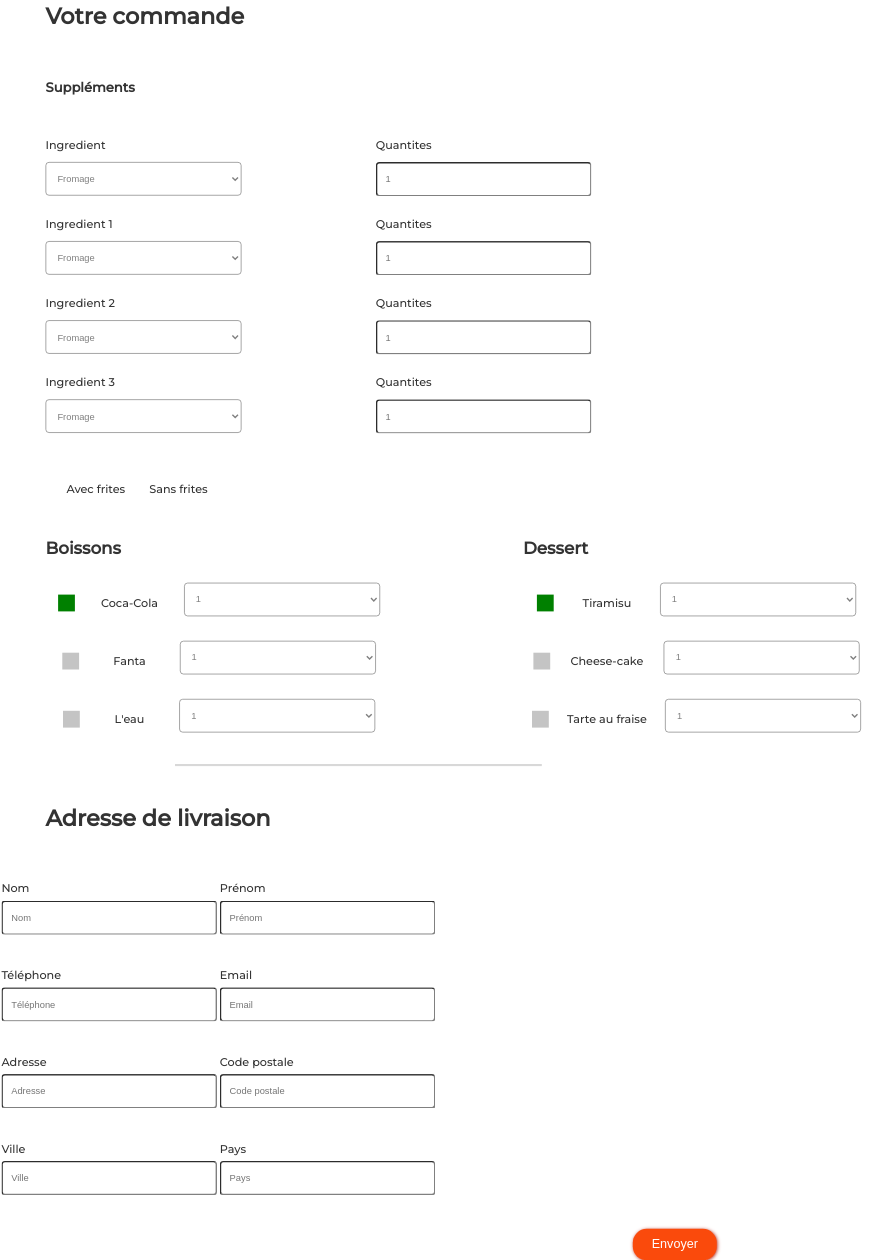
Repository: Ahlam-belhadj/bella-olange
Page: index2.html
The author's editor kept a copy of each file at every save. The page is drawn from the files as they stood at one save, then again after the next save.
The browser window is 1024 px wide. The page is 1243 px wide, so the pictures cover 1243 px, including what lies to the right of the window. The pictures show the part of the page from y = 1279 to 3199 px (the page is 3079 px tall before and 3199 px after), at 70% of full size.

Above is the page before, as saved 2023-02-13 18:29:35.

After the next save:
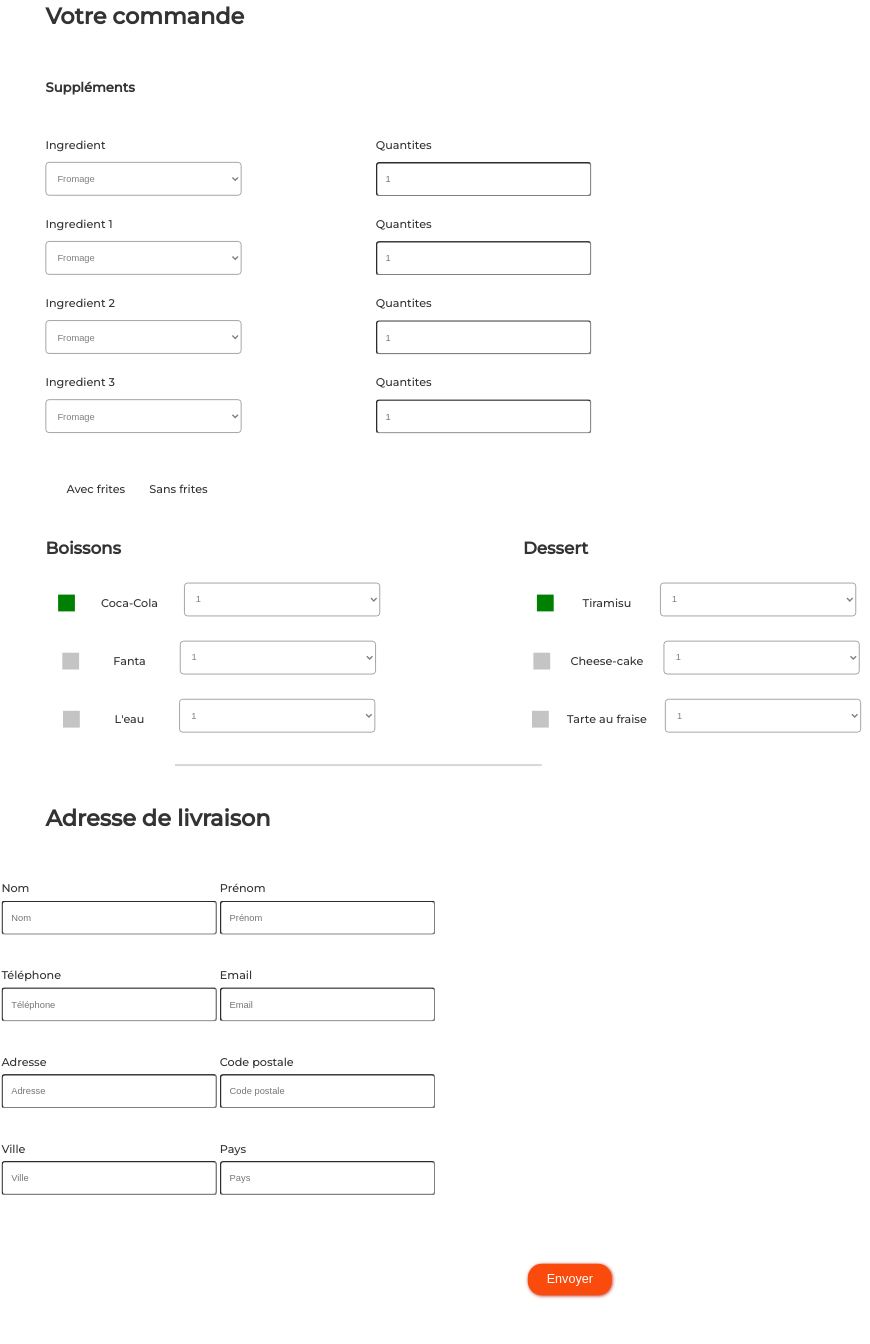
Saved 86 s later.
--- a/style2.css
+++ b/style2.css
@@ -478,63 +478,7 @@ button {
 
 @media screen and (min-width:651px) and (max-width:1199px) {
 
-  .info1 {
-      display: flex;
-      flex-direction: column;
-      padding-left: 20%;
-  }
-
-  .info2 {
-      display: flex;
-      flex-direction: column;
-      padding-left: 20%;
-  }
-  .chose {
-
-      padding-left: 25%;
-    }
-
-  .div_button {
-      padding: 0px;
-  }
-
-  .g-recaptcha {
-      margin-top: 40px;
-      padding-left: 15%;
-  }
-
-  .grp_choose {
-
-      padding-left: 20%;
-  }
-
-  .label_choose input {
-      width: 300px;
-  }
-
-  textarea {
-      width: 300px;
-  }
-
-  .maps {
-      padding-left: 0px;
-  }
-
-  iframe {
-      width: 400px;
-      height: 200px;
-      top: 1875px;
-      padding-left: 15%;
-
-  }
-
-  .button1 {
-
-      justify-content: center;
-      margin: 50px 0px 0px 0px;
-
-    }
-
-
-
-}
+
+
+
+}
